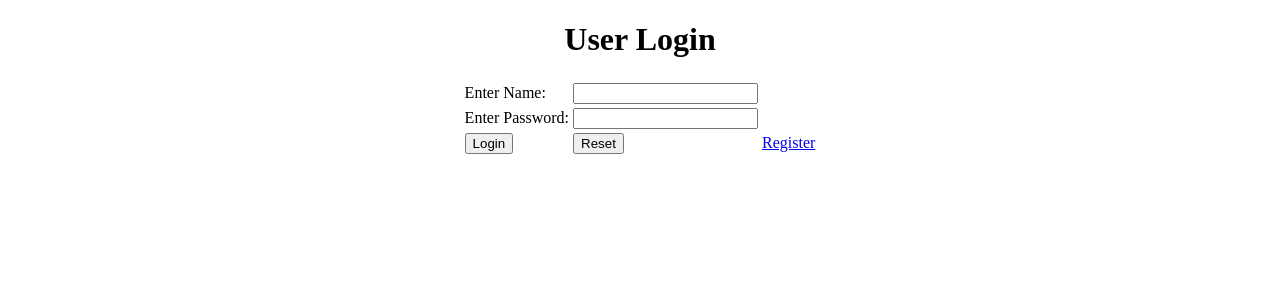
Repository: AkmalNizam/JEE-Exercise-
Page: http://localhost/ZooTaiping/admin_login.jsp
The author's editor kept a copy of each file at every save. The page is drawn from the files as they stood at one save, then again after the next save.
The browser window is 1280 px wide. The pictures show the whole page.
The page is served by Tomcat 10.

Above is the page before, as saved 2022-07-03 03:25:34.

After the next save:
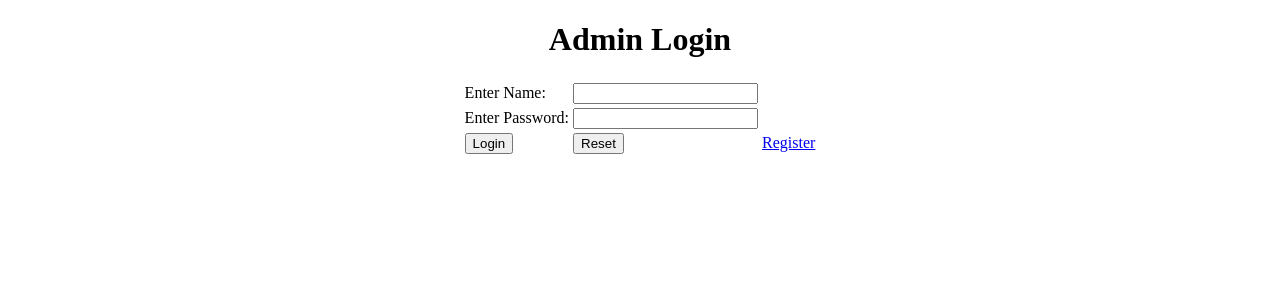
Saved 42 s later.
--- a/ZooTaiping/src/main/webapp/admin_login.jsp
+++ b/ZooTaiping/src/main/webapp/admin_login.jsp
@@ -8,7 +8,7 @@
 </head>
 <body>
 <div align=center>
-<h1>User Login</h1>
+<h1>Admin Login</h1>
 
 <form action=AdminLoginServlet method=post>
 <table>
